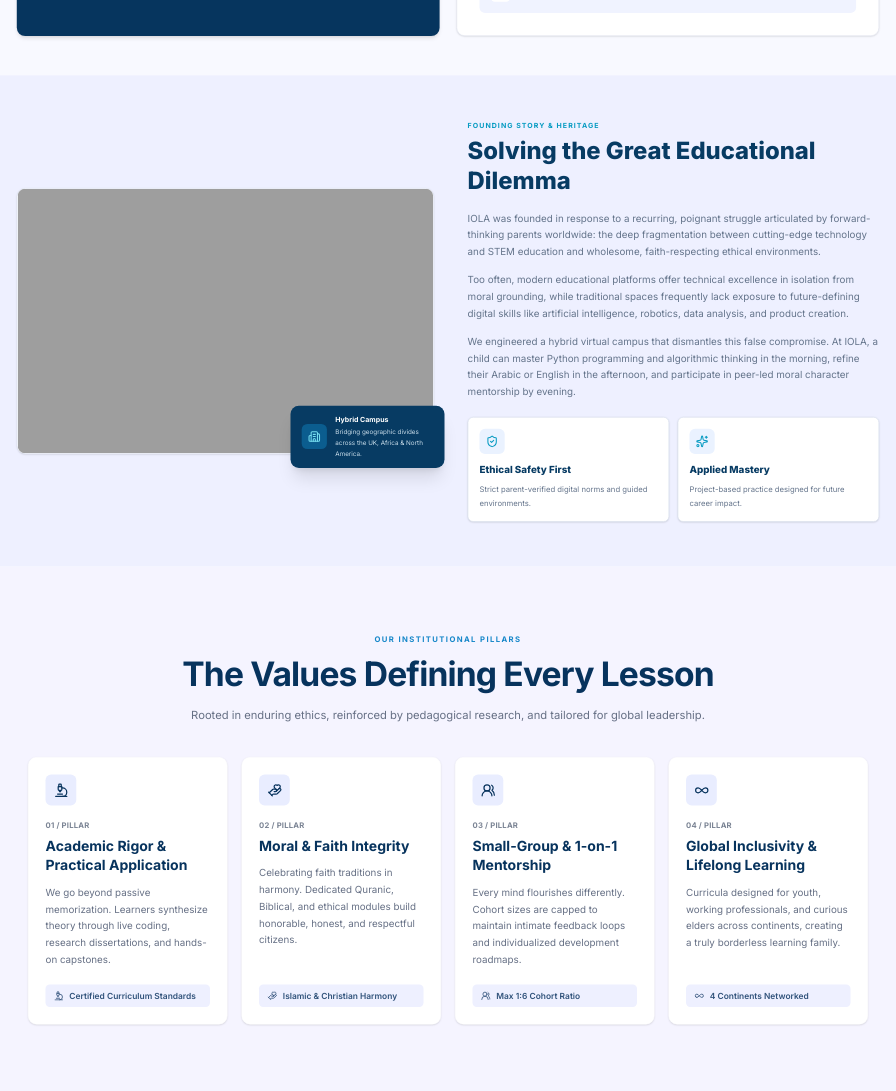
Repository: segunrotini/iola
Page: /about
The author's editor kept a copy of each file at every save. The page is drawn from the files as they stood at one save, then again after the next save.
The browser window is 1280 px wide. The pictures show the part of the page from y = 992 to 2912 px (the page is 2551 px tall before and 2912 px after), at 70% of full size.
Pictures or frames that could not be fetched are drawn as grey boxes. The project was rebuilt for these pictures with package versions that can differ from the ones it lists, and the page was loaded fresh each time. Also part of the build but not shown: vite.config.ts, src/components/home/Hero-section.tsx, src/components/home/WhyChooseUs.tsx, src/components/home/Programs.tsx, src/components/home/Testimonials.tsx, src/components/home/LearningProcess.tsx, src/components/home/AdmissionSection.tsx, src/components/home/Footer.tsx and 1 more.

Above is the page before, as saved 2026-10-08 15:32:58.

### index.html
<!doctype html>
<html lang="en">
  <head>
    <meta charset="UTF-8" />
    <link rel="icon" type="image/svg+xml" href="/favicon.svg" />
    <meta name="viewport" content="width=device-width, initial-scale=1.0" />
    <title>integrated-online-learning-academy</title>
  </head>
  <body>
    <div id="root"></div>
    <script type="module" src="/src/main.tsx"></script>
  </body>
</html>

### src/index.css
@import url('https://fonts.googleapis.com/css2?family=Inter:wght@400;500;600;700;800&family=Montserrat:wght@400;500;600;700;800&display=swap');
@import "tailwindcss";

:root {
	font-family: "Inter", "Montserrat", sans-serif;
}

### src/App.tsx

import { Route, Routes } from "react-router-dom";
import AboutUs from "./components/pages/public/Aboutus";
import Homepage from "./components/pages/public/Hompage";

function App() {
  return (
    <Routes>
      <Route path="/" element={<Homepage />} />
      <Route path="/about" element={<AboutUs />} />

    </Routes>
  );
}

export default App;

### src/components/pages/public/Aboutus.tsx

import AboutHero from "../../home/Abouthero";
import AboutVision from "../../home/AboutVision";


import Nav from "../../home/Nav";
import Topbar from "../../home/topbar";
import AboutStory from "../../home/AboutStory";
import AboutValues from "../../home/AboutValues";
function AboutUs() {
  return (
    <>
      <Topbar/>
      <Nav />
      <AboutHero />
      <AboutVision />
      <AboutStory />
      <AboutValues />
    </>
  );
}

export default AboutUs;

### src/components/home/Abouthero.tsx
import {
  Award,
  Globe2,
  Heart,
  Users,
} from "lucide-react";

const stats = [
  {
    icon: Users,
    badge: "Global",
    value: "500+",
    label: "Active Learners Enrolled",
  },
  {
    icon: Award,
    badge: "Academic",
    value: "98%",
    label: "Completion & Satisfaction",
  },
  {
    icon: Globe2,
    badge: "Footprint",
    value: "4 Continents",
    label: "UK, Nigeria, US, Canada",
  },
  {
    icon: Heart,
    badge: "Faculty",
    value: "100%",
    label: "Values-Aligned Mentors",
  },
];

function AboutHero() {
  return (
    <section className="bg-[#EEF2FF]">
      <div className="mx-auto max-w-7xl px-4 pb-12 pt-8 sm:px-6 sm:pb-14 sm:pt-10">
        <div className="text-[11px] font-medium text-[#475569]">
          Home
          <span className="mx-1 text-[#94A3B8]">›</span>
          <span className="font-semibold text-[#073B63]">About Us</span>
        </div>

        <div className="mt-8 grid items-center gap-10 lg:grid-cols-2 lg:gap-20">
          <div>
            <span className="inline-flex items-center rounded-full bg-[#E2F4FA] px-4 py-1.5 text-[10px] font-bold uppercase tracking-wide text-[#079BC2]">
              • Integrated Online Learning Academy
            </span>

            <h1 className="mt-5 max-w-xl text-4xl font-extrabold leading-[1.05] tracking-tight text-[#073B63] sm:text-5xl lg:text-[52px]">
              Empowering Minds,
              <br />
              Nurturing Values,
              <br />
              <span className="text-[#079BC2]">Building Futures.</span>
            </h1>
          </div>

          <div className="lg:pt-12">
            <p className="max-w-lg text-sm leading-6 text-[#64748B]">
              At IOLA, we believe education is most transformative when
              technical competence and deep moral character grow
              hand-in-hand.
            </p>

            <a
              href="#heritage"
              className="mt-5 inline-flex text-[11px] font-bold text-[#073B63] transition hover:text-[#079BC2]"
            >
              Read Our Heritage →
            </a>
          </div>
        </div>

        <div className="mt-9 grid gap-3 sm:grid-cols-2 lg:grid-cols-4">
          {stats.map((stat) => {
            const Icon = stat.icon;

            return (
              <div
                key={stat.value}
                className="rounded-xl border border-white bg-white p-4 shadow-sm"
              >
                <div className="flex items-start justify-between">
                  <div className="flex h-9 w-9 items-center justify-center rounded-lg bg-[#E8F1FF]">
                    <Icon size={17} className="text-[#079BC2]" />
                  </div>

                  <span className="rounded-full bg-[#F1F3FA] px-2.5 py-1 text-[9px] font-semibold text-[#64748B]">
                    {stat.badge}
                  </span>
                </div>

                <p className="mt-4 text-2xl font-extrabold leading-none text-[#073B63]">
                  {stat.value}
                </p>

                <p className="mt-2 text-[10px] text-[#64748B]">
                  {stat.label}
                </p>
              </div>
            );
          })}
        </div>
      </div>
    </section>
  );
};

export default AboutHero;

### src/components/home/AboutVision.tsx
import {
  Eye,
  Globe2,
  Rocket,
  Users,
} from "lucide-react";

function AboutVision() {
  return (
    <section className="bg-[#F8F9FF] py-12 sm:py-14">
      <div className="mx-auto grid max-w-7xl gap-6 px-4 sm:px-6 lg:grid-cols-2">
        <div className="relative overflow-hidden rounded-xl bg-[#06355E] p-7 text-white shadow-md sm:p-8">
          <div className="absolute -right-16 -top-16 h-44 w-44 rounded-full bg-[#0B5A8D]/40 blur-2xl" />

          <div className="relative">
            <div className="flex h-11 w-11 items-center justify-center rounded-lg bg-[#0A5687]">
              <Rocket size={21} className="text-[#73DDF2]" />
            </div>

            <p className="mt-6 text-[10px] font-bold uppercase tracking-[0.15em] text-[#72D8EE]">
              Our Core Purpose
            </p>

            <h2 className="mt-2 text-3xl font-extrabold text-white sm:text-[32px]">
              Academy Mission
            </h2>

            <p className="mt-4 max-w-xl text-sm leading-6 text-[#D2E1EC]">
              Provide accessible, world-class digital, language, STEM, and
              faith-grounded education for children, teens, and adults
              regardless of geographical boundaries.
            </p>

            <div className="mt-7 flex flex-wrap gap-3">
              <span className="inline-flex items-center gap-2 rounded-full bg-[#0A4B79] px-3.5 py-2 text-[10px] font-medium text-[#D8EDF6]">
                <Globe2 size={13} />
                Accessible Everywhere
              </span>

              <span className="inline-flex items-center gap-2 rounded-full bg-[#0A4B79] px-3.5 py-2 text-[10px] font-medium text-[#D8EDF6]">
                <Users size={13} />
                All Age Groups
              </span>
            </div>
          </div>
        </div>

        <div className="rounded-xl border border-[#E5E9F2] bg-white p-7 shadow-sm sm:p-8">
          <div className="flex h-11 w-11 items-center justify-center rounded-lg bg-[#E9F1FF]">
            <Eye size={21} className="text-[#079BC2]" />
          </div>

          <p className="mt-6 text-[10px] font-bold uppercase tracking-[0.15em] text-[#079BC2]">
            The Horizon
          </p>

          <h2 className="mt-2 text-3xl font-extrabold text-[#073B63] sm:text-[32px]">
            Our Global Vision
          </h2>

          <p className="mt-4 text-sm leading-6 text-[#64748B]">
            To be the world's most trusted hybrid online academy fostering
            visionary digital innovators anchored in strong moral faith
            principles.
          </p>

          <div className="mt-6 flex items-start gap-3 rounded-lg bg-[#F0F3FF] p-4">
            <div className="mt-0.5 flex h-7 w-7 shrink-0 items-center justify-center rounded-md bg-white">
              <Globe2 size={14} className="text-[#079BC2]" />
            </div>

            <p className="text-[10px] leading-5 text-[#64748B]">
              Unifying high-standard British/International curriculum
              benchmarking with holistic ethical integrity.
            </p>
          </div>
        </div>
      </div>
    </section>
  );
};

export default AboutVision;

### src/components/home/Nav.tsx
import { Link, Menu, X } from "lucide-react";
import { useState } from "react";
import logo from "../../assets/logo.png";

const Navbar = () => {
  const [isOpen, setIsOpen] = useState(false);

  return (
    <nav className="relative bg-white shadow-sm">
      <div className="mx-auto flex max-w-7xl items-center justify-between px-4 py-3 sm:px-6">
        <a href="/" className="flex items-center">
          <img

            src={logo}
            alt="logo"
            className="h-12 w-auto object-contain"
          />
        </a>

        <div className="hidden items-center gap-8 lg:flex">
           <Link to="/about" >
              About Us
            </Link>
          <a
            href="#programs"
            className="text-sm font-medium text-[#263746] transition hover:text-[#008DB2]"
          >
            Our Programs
          </a>

          <a
            href="#faith-tracks"
            className="text-sm font-medium text-[#263746] transition hover:text-[#008DB2]"
          >
            Faith Tracks
          </a>

          <a
            href="#why-iola"
            className="text-sm font-medium text-[#263746] transition hover:text-[#008DB2]"
          >
            Why IOLA?
          </a>

          <a
            href="#admissions"
            className="text-sm font-medium text-[#263746] transition hover:text-[#008DB2]"
          >
            Admissions
          </a>
        </div>

        <div className="hidden items-center gap-3 lg:flex">
          <a
            href="#inquire"
            className="rounded-lg bg-[#F4F8FA] px-4 py-2 text-sm font-semibold text-[#164A6B] transition hover:bg-[#E8F1F5]"
          >
            Inquire
          </a>

          <a
            href="#enroll"
            className="rounded-lg bg-[#079BC2] px-4 py-2 text-sm font-semibold text-white shadow-sm transition hover:bg-[#0789AB]"
          >
            Enroll Now
          </a>
        </div>

        <button
          type="button"
          onClick={() => setIsOpen(!isOpen)}
          className="rounded-lg p-2 text-[#003B5C] lg:hidden"
          aria-label="Toggle navigation"
        >
          {isOpen ? <X size={24} /> : <Menu size={24} />}
        </button>
      </div>

      {isOpen && (
        <div className="border-t border-gray-100 bg-white px-4 pb-5 pt-3 lg:hidden">
          <div className="flex flex-col gap-1">
            <a
              href="#about"
              onClick={() => setIsOpen(false)}
              className="rounded-lg px-3 py-3 text-sm font-medium text-[#263746] hover:bg-[#F4F8FA]"
            >
              About Us
            </a>

            <a
              href="#programs"
              onClick={() => setIsOpen(false)}
              className="rounded-lg px-3 py-3 text-sm font-medium text-[#263746] hover:bg-[#F4F8FA]"
            >
              Our Programs
            </a>

            <a
              href="#faith-tracks"
              onClick={() => setIsOpen(false)}
              className="rounded-lg px-3 py-3 text-sm font-medium text-[#263746] hover:bg-[#F4F8FA]"
            >
              Faith Tracks
            </a>

            <a
              href="#why-iola"
              onClick={() => setIsOpen(false)}
              className="rounded-lg px-3 py-3 text-sm font-medium text-[#263746] hover:bg-[#F4F8FA]"
            >
              Why IOLA?
            </a>

            <a
              href="#admissions"
              onClick={() => setIsOpen(false)}
              className="rounded-lg px-3 py-3 text-sm font-medium text-[#263746] hover:bg-[#F4F8FA]"
            >
              Admissions
            </a>

            <div className="mt-2 flex gap-3 border-t border-gray-100 pt-4">
              <a
                href="#inquire"
                className="flex-1 rounded-lg bg-[#F4F8FA] px-4 py-2.5 text-center text-sm font-semibold text-[#164A6B]"
              >
                Inquire
              </a>

              <a
                href="#enroll"
                className="flex-1 rounded-lg bg-[#079BC2] px-4 py-2.5 text-center text-sm font-semibold text-white"
              >
                Enroll Now
              </a>
            </div>
          </div>
        </div>
      )}
    </nav>
  );
};

export default Navbar;

### src/components/home/topbar.tsx
import { Mail, Phone, Sparkles } from "lucide-react";

const TopBar = () => {
  return (
    <div className="bg-[#003B5C] text-white">
      <div className="mx-auto flex max-w-7xl flex-col gap-2 px-4 py-2 text-[10px] sm:flex-row sm:items-center sm:justify-between sm:px-6 sm:text-xs">
        <div className="flex items-center gap-1.5">
          <Sparkles size={12} className="text-[#F4C542]" />
          <span>Faith • Skills • Opportunity • Global Impact</span>
        </div>

        <div className="flex flex-col items-start gap-2 sm:flex-row sm:items-center sm:gap-5">
          <a
            href="tel:+2348122452692"
            className="flex items-center gap-1.5 transition hover:text-[#5DE1E6]"
          >
            <Phone size={12} />
            <span>08122452692, 08141570784</span>
          </a>

          <a
            href="mailto:learn@iola.com"
            className="flex items-center gap-1.5 transition hover:text-[#5DE1E6]"
          >
            <Mail size={12} />
            <span>learn@iola.com</span>
          </a>

          <a
            href="#student-portal"
            className="rounded-md bg-[#0B5278] px-3 py-1.5 font-medium transition hover:bg-[#08658F]"
          >
            Student Portal
          </a>
        </div>
      </div>
    </div>
  );
};

export default TopBar;

### src/components/home/AboutStory.tsx
import {
  BookOpenCheck,
  Building2,
  ShieldCheck,
  Sparkles,
} from "lucide-react";
 function AboutStory() {
  return (
    <section id="heritage" className="bg-[#EEF0FF] py-12 sm:py-16">
      <div className="mx-auto grid max-w-7xl items-center gap-8 px-4 sm:px-6 lg:grid-cols-2 lg:gap-10">
        <div className="relative">
          <div className="h-[330px] overflow-hidden rounded-xl border border-[#E0E5F2] bg-white shadow-sm sm:h-[380px]">
            <img
              src="/hybrid-campus.jpg"
              alt="IOLA Hybrid Campus"
              className="h-full w-full object-cover"
            />
          </div>

          <div className="absolute -bottom-5 left-1/2 flex w-[220px] -translate-x-1/2 items-center gap-3 rounded-xl bg-[#073B63] px-4 py-3 text-white shadow-xl sm:left-auto sm:right-[-15px] sm:translate-x-0">
            <div className="flex h-9 w-9 shrink-0 items-center justify-center rounded-lg bg-[#0B5D8F]">
              <Building2 size={18} className="text-[#75DDF0]" />
            </div>

            <div>
              <p className="text-[10px] font-bold">
                Hybrid Campus
              </p>

              <p className="mt-0.5 text-[9px] leading-4 text-[#C8DCE9]">
                Bridging geographic divides across the UK, Africa & North
                America.
              </p>
            </div>
          </div>
        </div>

        <div className="lg:pl-2">
          <p className="text-[10px] font-bold uppercase tracking-[0.15em] text-[#079BC2]">
            Founding Story & Heritage
          </p>

          <h2 className="mt-2 text-3xl font-extrabold leading-tight text-[#073B63] sm:text-[34px]">
            Solving the Great Educational Dilemma
          </h2>

          <div className="mt-5 space-y-4 text-sm leading-6 text-[#64748B]">
            <p>
              IOLA was founded in response to a recurring, poignant struggle
              articulated by forward-thinking parents worldwide: the deep
              fragmentation between cutting-edge technology and STEM
              education and wholesome, faith-respecting ethical environments.
            </p>

            <p>
              Too often, modern educational platforms offer technical
              excellence in isolation from moral grounding, while traditional
              spaces frequently lack exposure to future-defining digital
              skills like artificial intelligence, robotics, data analysis,
              and product creation.
            </p>

            <p>
              We engineered a hybrid virtual campus that dismantles this
              false compromise. At IOLA, a child can master Python programming
              and algorithmic thinking in the morning, refine their Arabic or
              English in the afternoon, and participate in peer-led moral
              character mentorship by evening.
            </p>
          </div>

          <div className="mt-6 grid gap-3 sm:grid-cols-2">
            <div className="rounded-lg border border-[#DDE4F0] bg-white p-4 shadow-sm">
              <div className="flex h-9 w-9 items-center justify-center rounded-lg bg-[#EAF2FF]">
                <ShieldCheck
                  size={18}
                  className="text-[#079BC2]"
                />
              </div>

              <h3 className="mt-3 text-sm font-extrabold text-[#073B63]">
                Ethical Safety First
              </h3>

              <p className="mt-2 text-[11px] leading-5 text-[#64748B]">
                Strict parent-verified digital norms and guided
                environments.
              </p>
            </div>

            <div className="rounded-lg border border-[#DDE4F0] bg-white p-4 shadow-sm">
              <div className="flex h-9 w-9 items-center justify-center rounded-lg bg-[#EAF2FF]">
                <Sparkles
                  size={18}
                  className="text-[#079BC2]"
                />
              </div>

              <h3 className="mt-3 text-sm font-extrabold text-[#073B63]">
                Applied Mastery
              </h3>

              <p className="mt-2 text-[11px] leading-5 text-[#64748B]">
                Project-based practice designed for future career impact.
              </p>
            </div>
          </div>
        </div>
      </div>
    </section>
  );
};

export default AboutStory;

### src/components/home/AboutValues.tsx
import {
  Microscope,
  HandHeart,
  UsersRound,
  Infinity,
} from "lucide-react";

const values = [
  {
    number: "01",
    icon: Microscope,
    title: "Academic Rigor & Practical Application",
    description:
      "We go beyond passive memorization. Learners synthesize theory through live coding, research dissertations, and hands-on capstones.",
    badge: "Certified Curriculum Standards",
  },
  {
    number: "02",
    icon: HandHeart,
    title: "Moral & Faith Integrity",
    description:
      "Celebrating faith traditions in harmony. Dedicated Quranic, Biblical, and ethical modules build honorable, honest, and respectful citizens.",
    badge: "Islamic & Christian Harmony",
  },
  {
    number: "03",
    icon: UsersRound,
    title: "Small-Group & 1-on-1 Mentorship",
    description:
      "Every mind flourishes differently. Cohort sizes are capped to maintain intimate feedback loops and individualized development roadmaps.",
    badge: "Max 1:6 Cohort Ratio",
  },
  {
    number: "04",
    icon: Infinity,
    title: "Global Inclusivity & Lifelong Learning",
    description:
      "Curricula designed for youth, working professionals, and curious elders across continents, creating a truly borderless learning family.",
    badge: "4 Continents Networked",
  },
];

function AboutValues() {
  return (
    <section className="bg-[#f5f4ff] px-4 py-16 sm:px-6 md:py-20 lg:px-10 lg:py-24">
      <div className="mx-auto max-w-7xl">
        <div className="mx-auto mb-12 max-w-4xl text-center">
          <p className="mb-3 text-[11px] font-bold uppercase tracking-[0.18em] text-[#1687c9]">
            Our Institutional Pillars
          </p>

          <h2 className="text-3xl font-bold leading-tight tracking-tight text-[#07335d] sm:text-4xl md:text-5xl">
            The Values Defining Every Lesson
          </h2>

          <p className="mx-auto mt-4 max-w-3xl text-sm leading-6 text-[#667085] sm:text-base">
            Rooted in enduring ethics, reinforced by pedagogical research, and
            tailored for global leadership.
          </p>
        </div>

        <div className="grid grid-cols-1 gap-5 sm:grid-cols-2 lg:grid-cols-4">
          {values.map((value) => {
            const Icon = value.icon;

            return (
              <div
                key={value.number}
                className="flex min-h-[360px] flex-col rounded-xl border border-white bg-white p-6 shadow-sm"
              >
                <div className="mb-5 flex h-11 w-11 items-center justify-center rounded-lg bg-[#e9edff] text-[#07335d]">
                  <Icon size={21} strokeWidth={2} />
                </div>

                <p className="mb-2 text-[11px] font-bold uppercase tracking-wide text-[#7b8494]">
                  {value.number} / Pillar
                </p>

                <h3 className="text-xl font-bold leading-snug text-[#07335d]">
                  {value.title}
                </h3>

                <p className="mt-3 text-sm leading-6 text-[#667085]">
                  {value.description}
                </p>

                <div className="mt-auto pt-6">
                  <div className="flex items-center rounded-md bg-[#eef0ff] px-3 py-2 text-xs font-semibold text-[#31537b]">
                    {value.number === "01" && (
                      <Microscope size={14} className="mr-2" />
                    )}

                    {value.number === "02" && (
                      <HandHeart size={14} className="mr-2" />
                    )}

                    {value.number === "03" && (
                      <UsersRound size={14} className="mr-2" />
                    )}

                    {value.number === "04" && (
                      <Infinity size={14} className="mr-2" />
                    )}

                    {value.badge}
                  </div>
                </div>
              </div>
            );
          })}
        </div>
      </div>
    </section>
  );
};

export default AboutValues;

Loaded but not shown: src/main.tsx (common file); src/components/home/AboutFramwork.tsx (123 lines, source omitted)

After the next save:
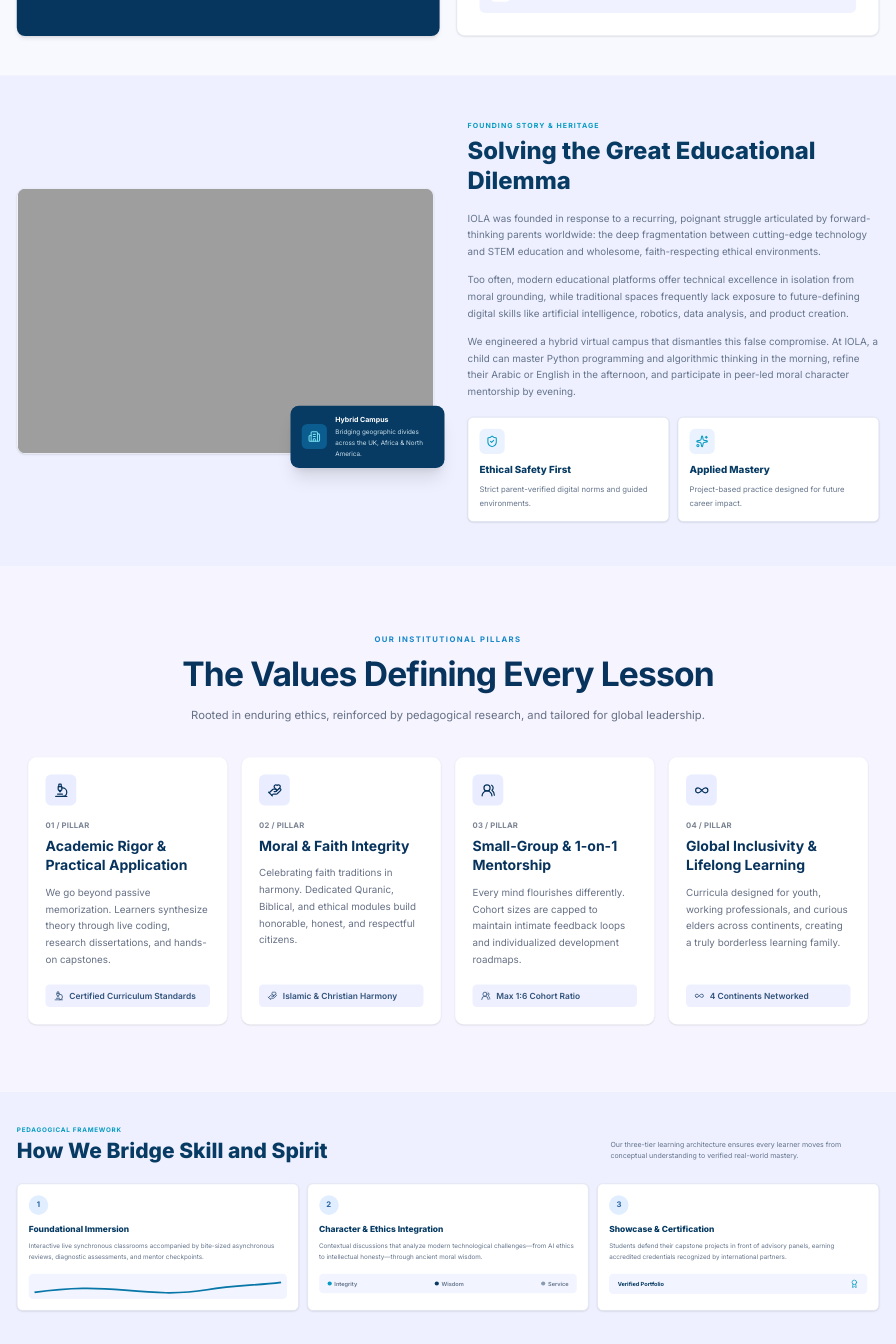
Saved 39 s later.
--- a/src/components/pages/public/Aboutus.tsx
+++ b/src/components/pages/public/Aboutus.tsx
@@ -7,6 +7,7 @@
 import Topbar from "../../home/topbar";
 import AboutStory from "../../home/AboutStory";
 import AboutValues from "../../home/AboutValues";
+import AboutFramework from "../../home/AboutFramwork";
 function AboutUs() {
   return (
     <>
@@ -16,6 +17,8 @@
       <AboutVision />
       <AboutStory />
       <AboutValues />
+      <AboutFramework/>
+
     </>
   );
 }
